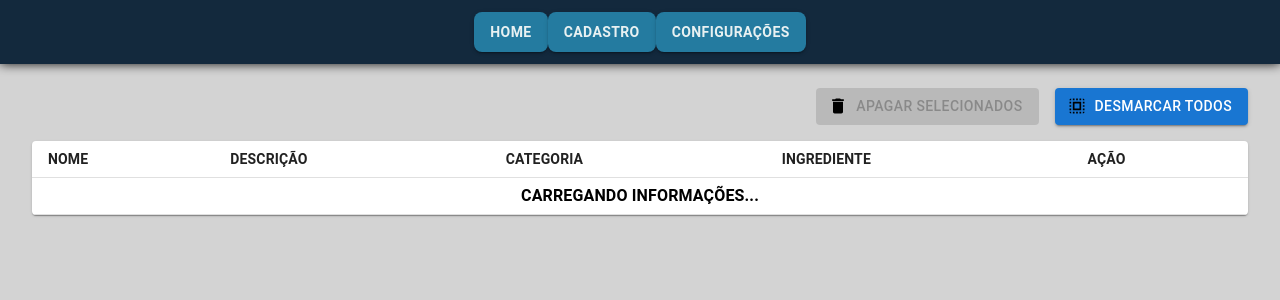
Repository: oZanella/projeto_windel_web_CRM
Page: /
The author's editor kept a copy of each file at every save. The page is drawn from the files as they stood at one save, then again after the next save.
The browser window is 1280 px wide. The pictures show the whole page.
The page's requests for data from a server got no answer. The project was rebuilt for these pictures with package versions that can differ from the ones it lists, and the page was loaded fresh each time. No one was signed in, and anything a server would have sent is missing. Also part of the build but not shown: vite.config.js, src/routes/Configuracoes.jsx. Imported but missing from the stored project, and not drawn on this page: src/routes/Cadastro.jsx.

Above is the page before, as saved 2024-08-19 09:31:41.

After the next save:
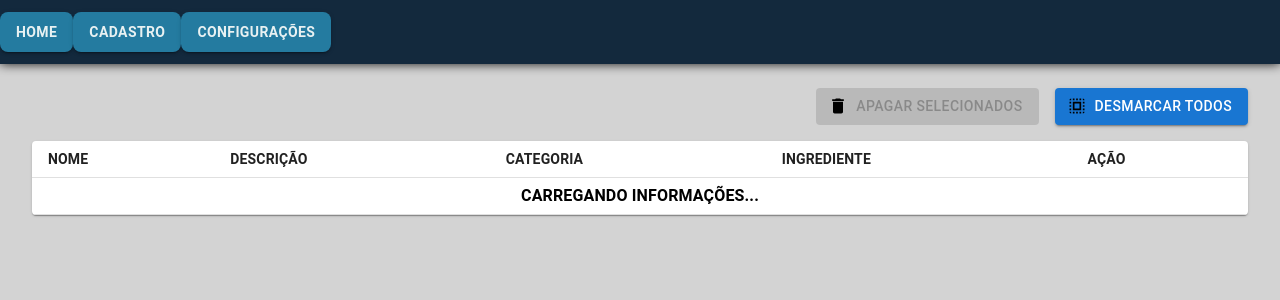
Saved 6 s later.
--- a/src/components/Header.jsx
+++ b/src/components/Header.jsx
@@ -36,7 +36,7 @@ export const Header = () => {
           sx={{
             display: 'flex',
             alignItems: 'center',
-            flexGrow: { xs: 1, sm: 1 },
+            flexGrow: { xs: 1, sm: 0 },
             justifyContent: { xs: 'center', sm: 'center' },
             '& .MuiButton-root': {
               backgroundColor: 'var(--blueceledron)',
